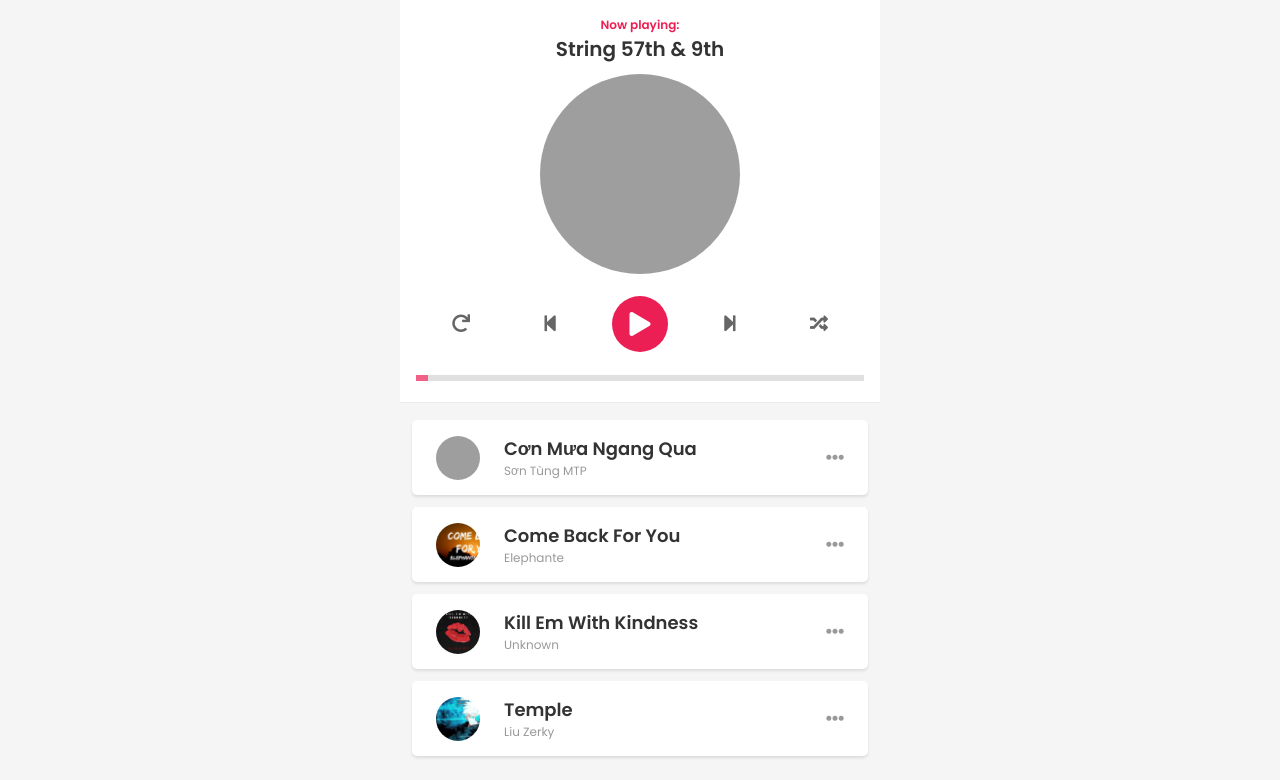
Repository: vandat598/musicPlayer
Page: index.html
An editor plug-in stored every save of this project. The page is shown before and after a run of saves, followed by the edit.
The browser window is 1280 px wide. The pictures show the whole page.
Pictures or frames that could not be fetched are drawn as grey boxes.

Above is the page before, as saved 2022-04-25 16:21:11.

### index.html
<!DOCTYPE html>
<html lang="en">
  <head>
    <meta charset="UTF-8" />
    <meta name="viewport" content="width=device-width, initial-scale=1.0" />
    <title>Music player</title>
    <link
      rel="stylesheet"
      href="https://cdnjs.cloudflare.com/ajax/libs/font-awesome/5.15.2/css/all.min.css"
      integrity="sha512-HK5fgLBL+xu6dm/Ii3z4xhlSUyZgTT9tuc/hSrtw6uzJOvgRr2a9jyxxT1ely+B+xFAmJKVSTbpM/CuL7qxO8w=="
      crossorigin="anonymous"
    />
    <link rel="preconnect" href="https://fonts.gstatic.com" />
    <link
      href="https://fonts.googleapis.com/css2?family=Poppins:wght@300;400;600&display=swap"
      rel="stylesheet"
    />
    <link rel="stylesheet" href="./assets/css/style.css" />
  </head>
  <body>
    <div class="player">
      <!-- Dashboard -->
      <div class="dashboard">
        <!-- Header -->
        <header>
          <h4>Now playing:</h4>
          <h2>String 57th & 9th</h2>
        </header>

        <!-- CD -->
        <div class="cd">
          <div
            class="cd-thumb"
            style="
              background-image: url('https://i.ytimg.com/vi/jTLhQf5KJSc/maxresdefault.jpg');
            "
          ></div>
        </div>

        <!-- Control -->
        <div class="control">
          <div class="btn btn-repeat">
            <i class="fas fa-redo"></i>
          </div>
          <div class="btn btn-prev">
            <i class="fas fa-step-backward"></i>
          </div>
          <div class="btn btn-toggle-play">
            <i class="fas fa-pause icon-pause"></i>
            <i class="fas fa-play icon-play"></i>
          </div>
          <div class="btn btn-next">
            <i class="fas fa-step-forward"></i>
          </div>
          <div class="btn btn-random">
            <i class="fas fa-random"></i>
          </div>
        </div>

        <input
          id="progress"
          class="progress"
          type="range"
          value="0"
          step="1"
          min="0"
          max="100"
        />

        <audio id="audio" src=""></audio>
      </div>

      <!-- Playlist -->
      <div class="playlist">
        <div class="song">
          <div
            class="thumb"
            style="
              background-image: url('https://i.ytimg.com/vi/jTLhQf5KJSc/maxresdefault.jpg');
            "
          ></div>
          <div class="body">
            <h3 class="title">Music name</h3>
            <p class="author">Singer</p>
          </div>
          <div class="option">
            <i class="fas fa-ellipsis-h"></i>
          </div>
        </div>
        <div class="song">
          <div
            class="thumb"
            style="
              background-image: url('https://i.ytimg.com/vi/jTLhQf5KJSc/maxresdefault.jpg');
            "
          ></div>
          <div class="body">
            <h3 class="title">Music name</h3>
            <p class="author">Singer</p>
          </div>
          <div class="option">
            <i class="fas fa-ellipsis-h"></i>
          </div>
        </div>
        <div class="song">
          <div
            class="thumb"
            style="
              background-image: url('https://i.ytimg.com/vi/jTLhQf5KJSc/maxresdefault.jpg');
            "
          ></div>
          <div class="body">
            <h3 class="title">Music name</h3>
            <p class="author">Singer</p>
          </div>
          <div class="option">
            <i class="fas fa-ellipsis-h"></i>
          </div>
        </div>
      </div>
    </div>

    <script>
      /*
        done 1. Render songs
        done 2. Scroll top
        3. Play / pause / seek
        4. CD rotate
        5. Next / prev
        6. Random
        7. Next / repeat when ended
        8. Active song
        9. Scroll active song into view
        10. play song when click
      */

      const $ = document.querySelector.bind(document);
      const $$ = document.querySelectorAll.bind(document);

      const app = {
        currentIndex: 0,
        songs: [
          {
            name: 'Cơn Mưa Ngang Qua',
            singer: 'Sơn Tùng MTP',
            path: './assets/music/ConMuaNgangQua SonTungMTP 2782444.mp3',
            image: './assets/img/MTP.png',
          },
          {
            name: 'Come Back For You',
            singer: 'Elephante',
            path: './assets/music/Elephante  Come Back For You feat Matluck.mp3',
            image: './assets/img/comBackForYou.png',
          },
          {
            name: 'Kill Em With Kindness',
            singer: 'Unknown',
            path: './assets/music/Kill Em With Kindness  Remix   Nhạc Tik Tok Gây Nghiện.mp3',
            image: './assets/img/KillEmWithKindness.png',
          },
          {
            name: 'Temple',
            singer: 'Liu Zerky',
            path: './assets/music/Temple  Liu  Zerky  Nhạc Nền Cực Hot TikTok Trung Quốc Gây Nghiện  Douyin抖音.mp3',
            image: './assets/img/Temple.png',
          },
        ],
        render() {
          const htmls = this.songs.map(song => {
            return `
              <div class="song">
                <div class="thumb" style="background-image: url('${song.image}')">
                </div>
                <div class="body">
                  <h3 class="title">${song.name}</h3>
                  <p class="author">${song.singer}</p>
                </div>
                <div class="option">
                  <i class="fa fa-ellipsis-h"></i>
                </div>
              </div>
            `;
          });
          $('.playlist').innerHTML = htmls.join('');
        },
        defineProperties() {
          // Search google xem sytax defineProperty
          Object.defineProperty(this, 'currentSong', {
            get() {
              return this.songs[this.currentIndex];
            },
          });
        },
        handleEvent() {
          const cd = $('.cd');
          const cdWidth = cd.offsetWidth;
          document.onscroll = function () {
            const scrollTop =
              window.scrollY || document.documentElement.scrollTop;

            const newCdWidth = cdWidth - scrollTop;

            cd.style.width = newCdWidth > 0 ? newCdWidth + 'px' : 0;
            cd.style.opacity = newCdWidth / cdWidth;
          };
        },
        loadCurrentSong() {
          const heading = $('heading h2');
          const cdThumb = $('.cd-thumb');
          const audio = $('#audio');

          // heading.textContent = this.currentSong.name;
          cdThumb.style.backgroundImage = `url('${this.currentSong.image}')`;
          audio.src = this.currentSong.path;
        },
        start() {
          this.defineProperties();
          this.handleEvent();
          this.loadCurrentSong();

          this.render();
        },
      };

      app.start();
    </script>
  </body>
</html>

### assets/css/style.css
:root {
  --primary-color: #ec1f55;
  --text-color: #333;
}

* {
  padding: 0;
  margin: 0;
  box-sizing: inherit;
}

body {
  background-color: #f5f5f5;
}

html {
  box-sizing: border-box;
  font-family: 'Poppins', sans-serif;
}

.player {
  position: relative;
  max-width: 480px;
  margin: 0 auto;
}

.player .icon-pause {
  display: none;
}

.player.playing .icon-pause {
  display: inline-block;
}

.player.playing .icon-play {
  display: none;
}

.dashboard {
  padding: 16px 16px 14px;
  background-color: #fff;
  position: fixed;
  top: 0;
  width: 100%;
  max-width: 480px;
  border-bottom: 1px solid #ebebeb;
}

/* HEADER */
header {
  text-align: center;
  margin-bottom: 10px;
}

header h4 {
  color: var(--primary-color);
  font-size: 12px;
}

header h2 {
  color: var(--text-color);
  font-size: 20px;
}

/* CD */
.cd {
  display: flex;
  margin: auto;
  width: 200px;
}

.cd-thumb {
  width: 100%;
  padding-top: 100%;
  border-radius: 50%;
  background-color: #333;
  background-size: cover;
  margin: auto;
}

/* CONTROL */
.control {
  display: flex;
  align-items: center;
  justify-content: space-around;
  padding: 18px 0 8px 0;
}

.control .btn {
  color: #666;
  padding: 18px;
  font-size: 18px;
}

.control .btn.active {
  color: var(--primary-color);
}

.control .btn-toggle-play {
  width: 56px;
  height: 56px;
  border-radius: 50%;
  font-size: 24px;
  color: #fff;
  display: flex;
  align-items: center;
  justify-content: center;
  background-color: var(--primary-color);
}

.progress {
  width: 100%;
  -webkit-appearance: none;
  height: 6px;
  background: #d3d3d3;
  outline: none;
  opacity: 0.7;
  -webkit-transition: 0.2s;
  transition: opacity 0.2s;
}

.progress::-webkit-slider-thumb {
  -webkit-appearance: none;
  appearance: none;
  width: 12px;
  height: 6px;
  background-color: var(--primary-color);
  cursor: pointer;
}

/* PLAYLIST */
.playlist {
  margin-top: 408px;
  padding: 12px;
}

.song {
  display: flex;
  align-items: center;
  margin-bottom: 12px;
  background-color: #fff;
  padding: 8px 16px;
  border-radius: 5px;
  box-shadow: 0 2px 3px rgba(0, 0, 0, 0.1);
}

.song.active {
  background-color: var(--primary-color);
}

.song:active {
  opacity: 0.8;
}

.song.active .option,
.song.active .author,
.song.active .title {
  color: #fff;
}

.song .thumb {
  width: 44px;
  height: 44px;
  border-radius: 50%;
  background-size: cover;
  margin: 0 8px;
}

.song .body {
  flex: 1;
  padding: 0 16px;
}

.song .title {
  font-size: 18px;
  color: var(--text-color);
}

.song .author {
  font-size: 12px;
  color: #999;
}

.song .option {
  padding: 16px 8px;
  color: #999;
  font-size: 18px;
}

After the next 2 saves:
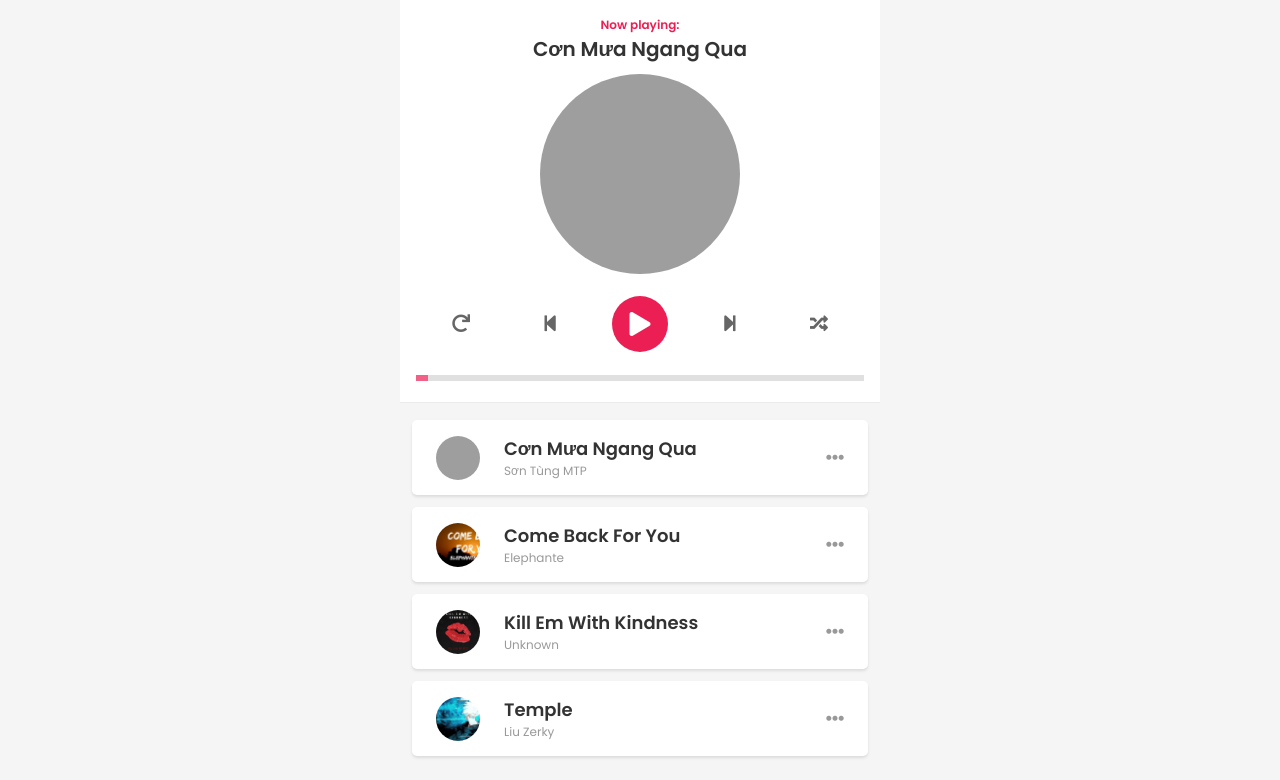
The 2 saves are shown as one change because they came seconds apart.
The last was saved 30 s later.
--- a/index.html
+++ b/index.html
@@ -205,11 +205,11 @@
           };
         },
         loadCurrentSong() {
-          const heading = $('heading h2');
+          const heading = $('header h2');
           const cdThumb = $('.cd-thumb');
           const audio = $('#audio');
 
-          // heading.textContent = this.currentSong.name;
+          heading.textContent = this.currentSong.name;
           cdThumb.style.backgroundImage = `url('${this.currentSong.image}')`;
           audio.src = this.currentSong.path;
         },
